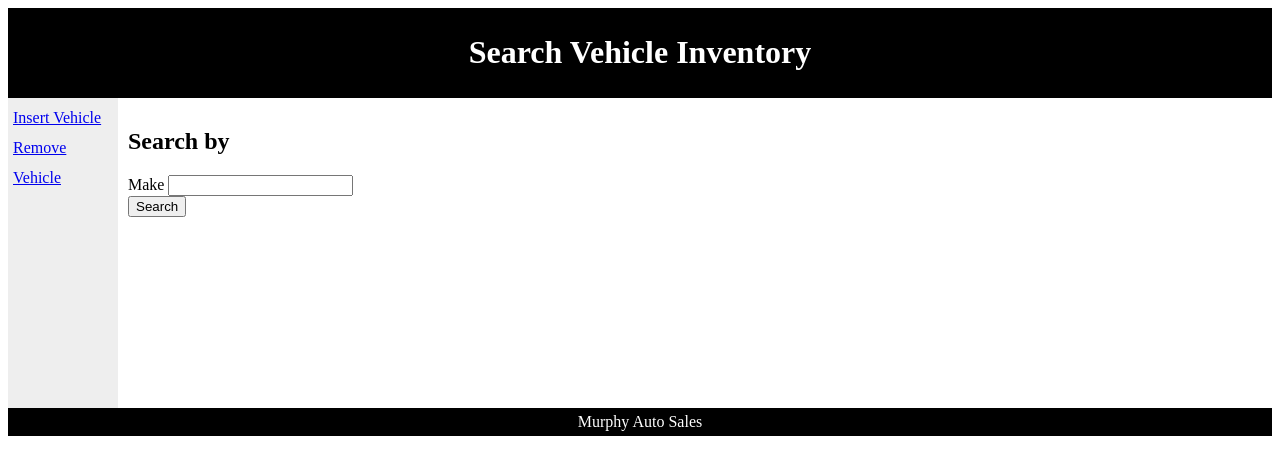
Repository: briantran140/intro-to-software-engineering-tech-exercise
Page: techExercise-tran/src/main/webapp/search_tran.html
The author's editor kept a copy of each file at every save. The page is drawn from the files as they stood at one save, then again after the next save.
The browser window is 1280 px wide. The pictures show the whole page.

Above is the page before, as saved 2023-10-13 03:49:44.

### techExercise-tran/src/main/webapp/search_tran.html
<html>
<head>
<style>
header {
    background-color:black;
    color:white;
    text-align:center;
    padding:5px;
}
nav {
    line-height:30px;
    background-color:#eeeeee;
    height:300px;
    width:100px;
    float:left;
    padding:5px;
}
section {
    width:350px;
    float:left;
    padding:10px;
}
footer {
    background-color:black;
    color:white;
    clear:both;
    text-align:center;
    padding:5px;
}
</style>
</head>

<body>
<header>
	<h1> Search Vehicle Inventory</h1>
</header>

<nav>
<a href="/techExercise-tran/insert_murphy.html">Insert Vehicle</a> <br>
<a href="/techExercise-tran/delete_murphy.html">Remove Vehicle</a> <br>
</nav>

<section>
	<h1>Search by </h1>

	<form action="SearchMurphy" method="POST">

		Make <input type="text" name="keyword"> <br />

		<input type="submit" value="Search" />
	</form>

</section>

<footer>
	Murphy Auto Sales
</footer>
</body>
</html>

After the next save:
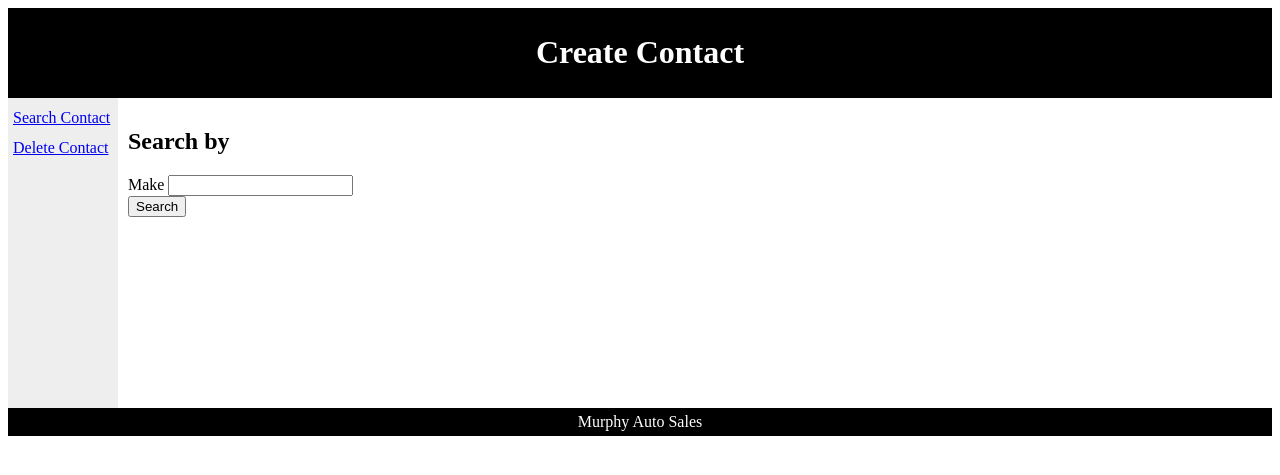
Saved 18 s later.
--- a/techExercise-tran/src/main/webapp/search_tran.html
+++ b/techExercise-tran/src/main/webapp/search_tran.html
@@ -32,12 +32,12 @@ footer {
 
 <body>
 <header>
-	<h1> Search Vehicle Inventory</h1>
+<h1> Create Contact </h1>
 </header>
 
 <nav>
-<a href="/techExercise-tran/insert_murphy.html">Insert Vehicle</a> <br>
-<a href="/techExercise-tran/delete_murphy.html">Remove Vehicle</a> <br>
+<a href="/techExercise-tran/search_tran.html">Search Contact</a> <br>
+<a href="/techExercise-tran/delete_tran.html">Delete Contact</a> <br>
 </nav>
 
 <section>
